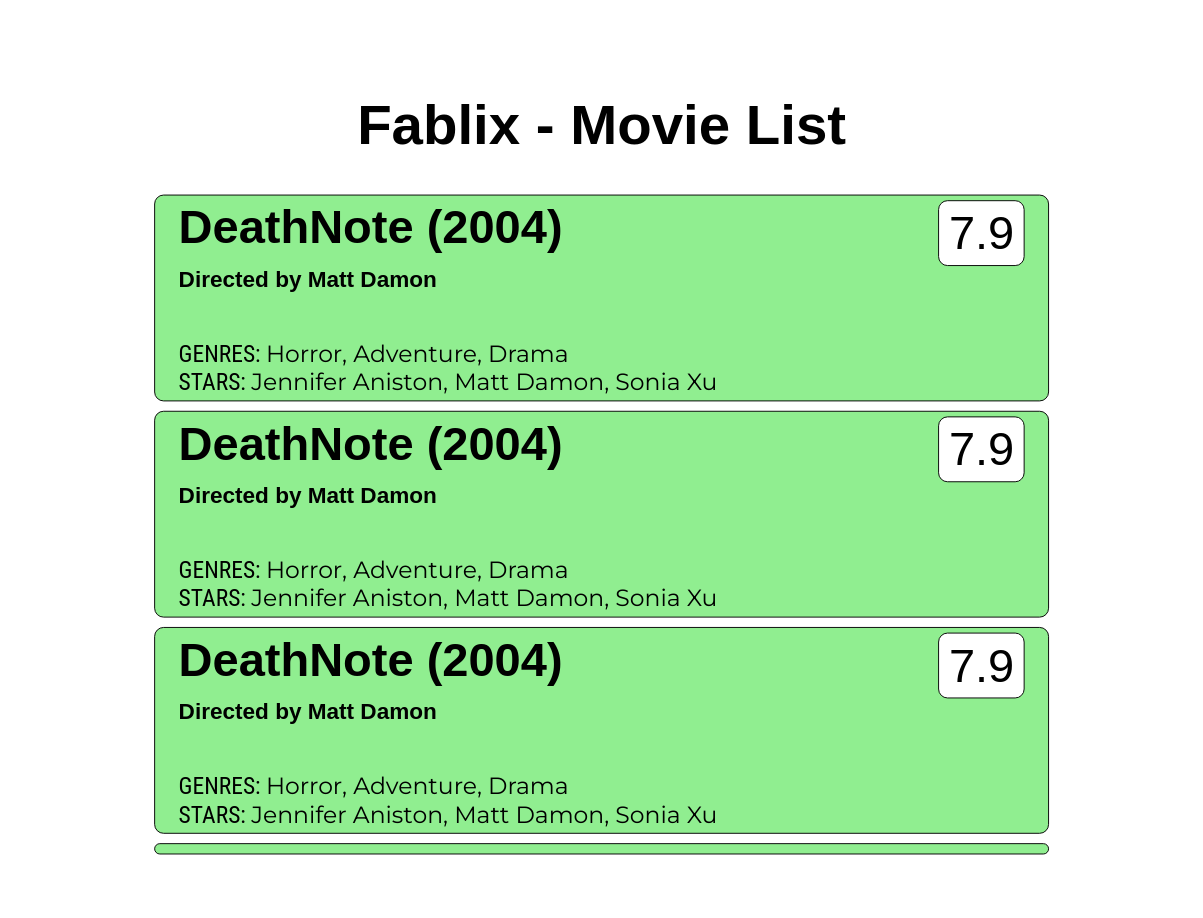
Repository: csumphan/fablix
Page: Project1/WebContent/index.html
These files come from the project's save history. The page is drawn as it stood at one moment and after the next save; the edit follows.
The browser window is 1280 px wide. The pictures show the whole page, at 94% of full size.
Some web fonts or font styles are not loaded; a fallback is used.

Above is the page before, as saved 2018-01-23 00:38:07.

After the next save:
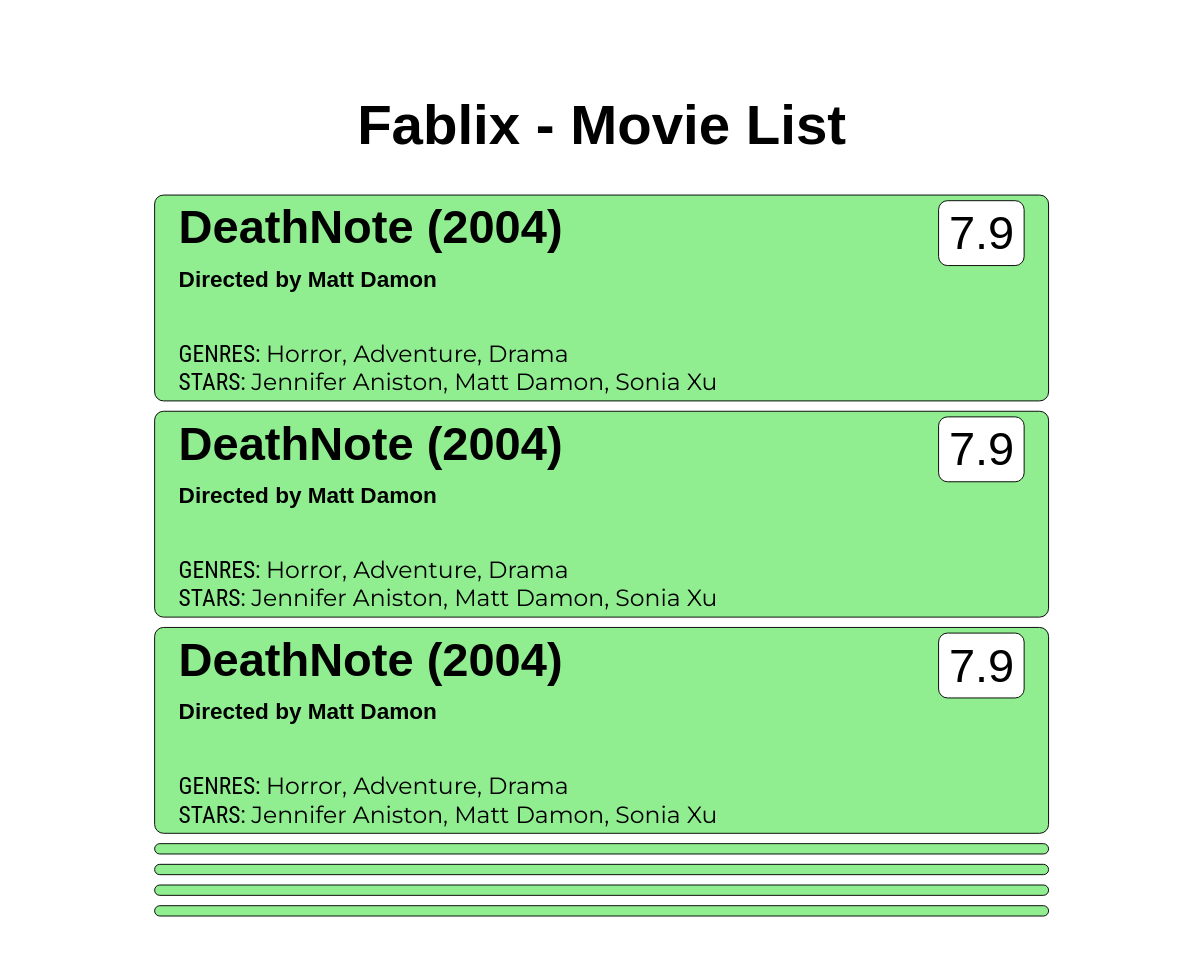
Saved 4 s later.
--- a/Project1/WebContent/index.html
+++ b/Project1/WebContent/index.html
@@ -64,6 +64,9 @@
 			</div>
 		</div>
 		<div class="movie-item"></div>
+		<div class="movie-item"></div>
+		<div class="movie-item"></div>
+		<div class="movie-item"></div>
 
 	</div>
 </body>
